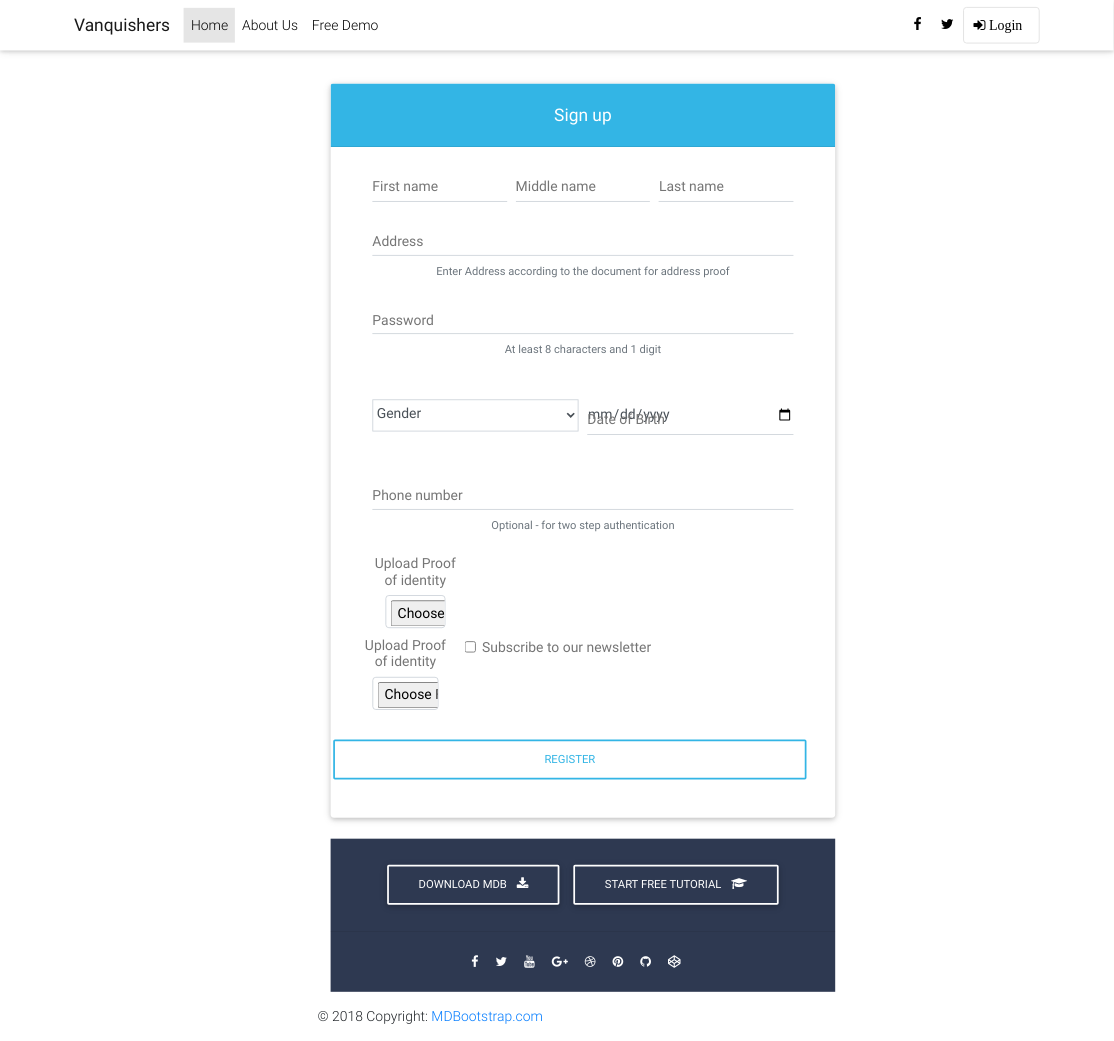
Repository: KJSCEhack/KJSCE_Vanquishers
Page: http://localhost/demo.php
These files come from the project's save history. The page is drawn as it stood at one moment and after the next save; the edit follows.
The browser window is 1280 px wide. The pictures show the whole page, at 87% of full size.
The page is run by PHP 8.4 with error messages shown; the project is at /var/www/html/.

Above is the page before, as saved 2018-10-06 10:26:41.
Console error: TypeError: $(...).material_select is not a function

After the next save:
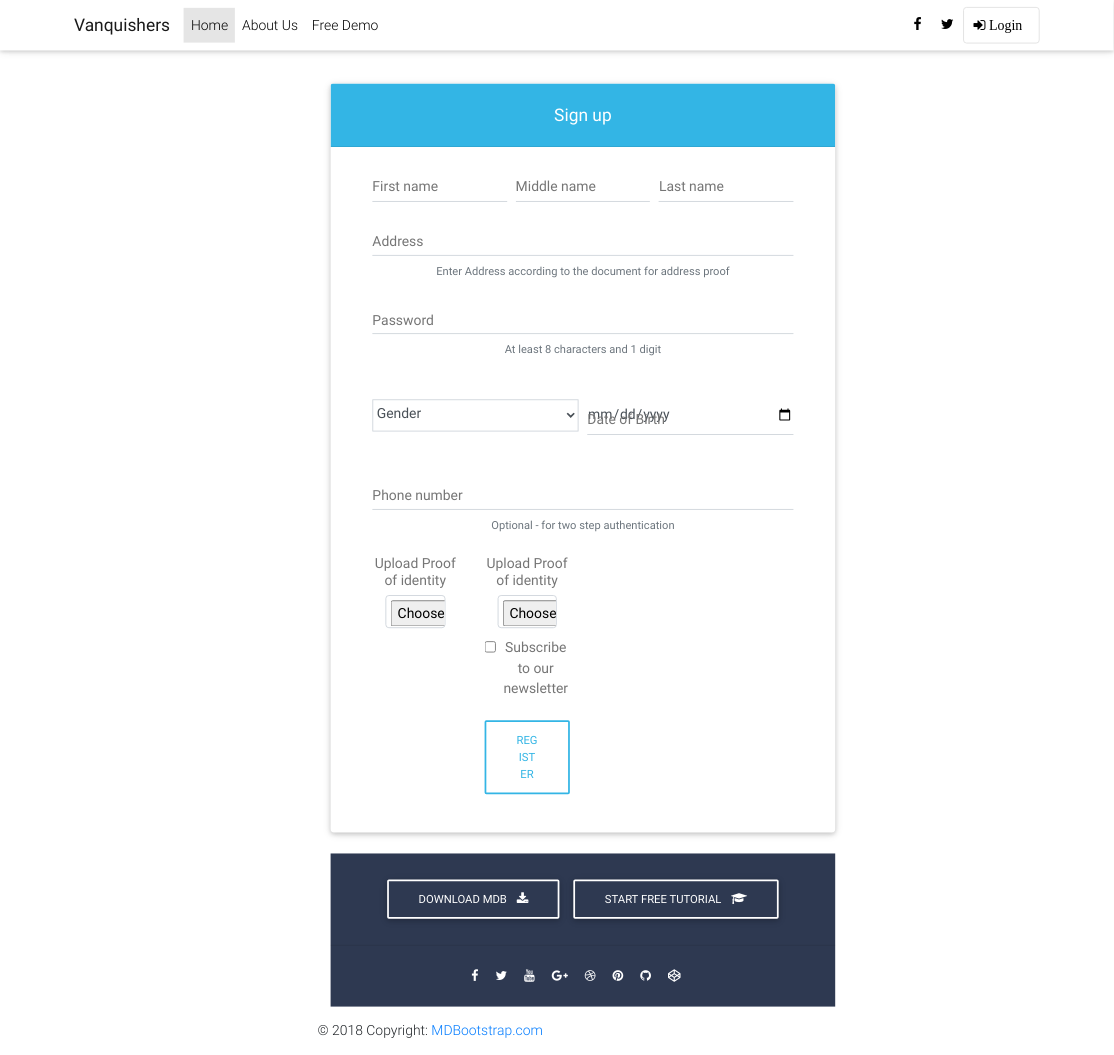
Saved 15 s later.
--- a/demo.php
+++ b/demo.php
@@ -204,8 +204,7 @@ mysqli_close($conn);
                         </div>
                         </div>
 
-                    <div class="row">
-                    <!-- left column -->
+
                     <div class="col-md-3">
                         <div class="text-center">
 
@@ -217,7 +216,7 @@ mysqli_close($conn);
                         <br><br>
 
                         </div>
-                        </div>
+
                         </div>
 
 
